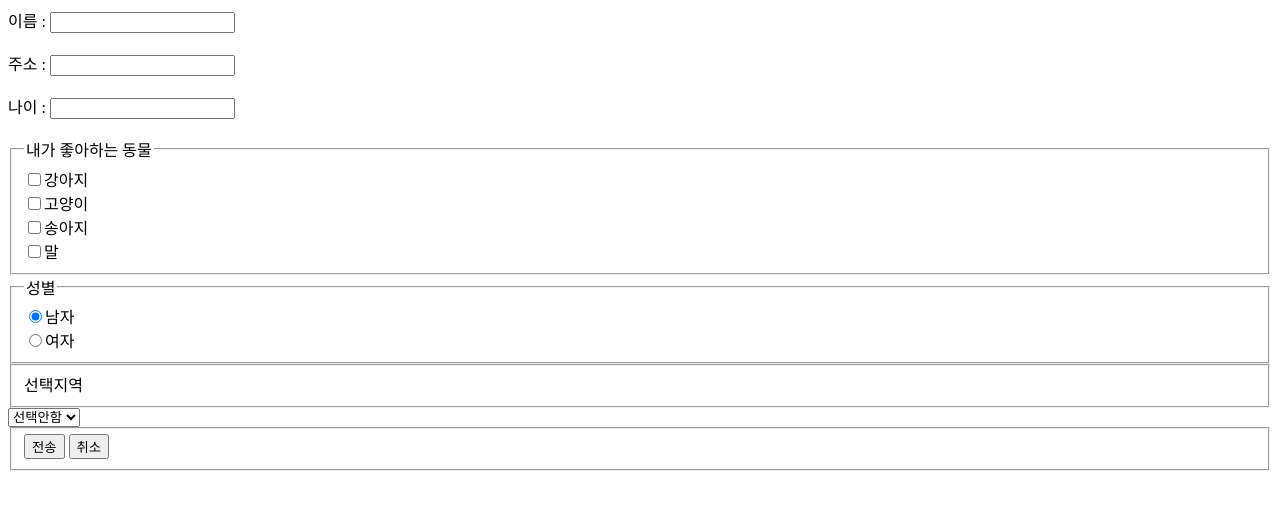
Repository: HyoJun-A/jsp
Page: practice01/WebContent/input.html
An editor plug-in stored every save of this project. The page is shown before and after the next save, followed by the edit.
The browser window is 1280 px wide. The pictures show the whole page.

Above is the page before, as saved 2022-10-17 07:08:04.

### practice01/WebContent/input.html
<!DOCTYPE html>
<html>
<head>
<meta charset="UTF-8">
<title>입력 데이터 처리와 주고 받기</title>
</head>
<body>
<form name="indata" action="test04.jsp" method="post">
	이름 : <input type="text" name="name"><br><br>
	주소 : <input type="text" name="addr"><br><br>
	나이 : <input type="number" name="age"><br><br>
	<fieldset>
		<legend>내가 좋아하는 동물</legend>
		<input type="checkbox" name="pet" value="dog" />강아지<br>
		<input type="checkbox" name="pet" value="cat" />고양이<br>
		<input type="checkbox" name="pet" value="cow" />송아지<br>
		<input type="checkbox" name="pet" value="horse" />말<br>
	</fieldset>
	<fieldset>
		<legend>성별</legend>
		<input type="radio" name="male" value="M" checked>남자<br>
		<input type="radio" name="male" value="F" >여자<br>
	</fieldset>
	<fieldset>선택지역</fieldset>
	<select name="area">
		<option selected>선택안함</option>
		<option value="01">서울</option>
		<option value="02">대전</option>
		<option value="03">부산</option>
		<option value="04">광주</option>
	</select>
	<fieldset>
		<input type="submit" value="전송">
		<input type="reset" value="취소">
	</fieldset>
</form>
</body>
</html>

After the next save:
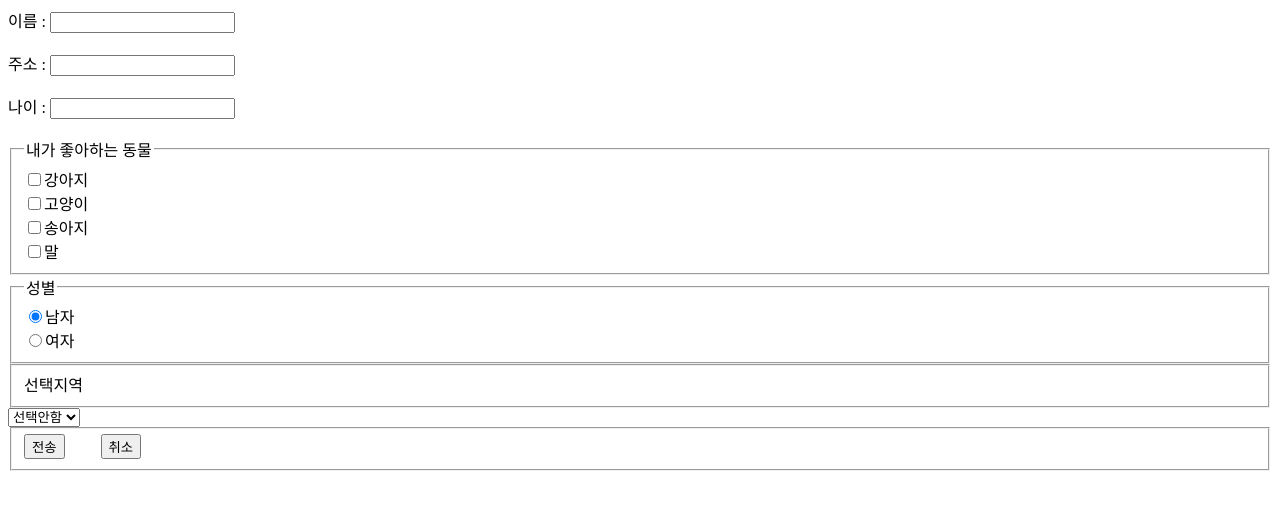
Saved 40 s later.
--- a/practice01/WebContent/input.html
+++ b/practice01/WebContent/input.html
@@ -31,6 +31,7 @@
 	</select>
 	<fieldset>
 		<input type="submit" value="전송">
+		&nbsp; &nbsp; &nbsp; &nbsp;
 		<input type="reset" value="취소">
 	</fieldset>
 </form>
